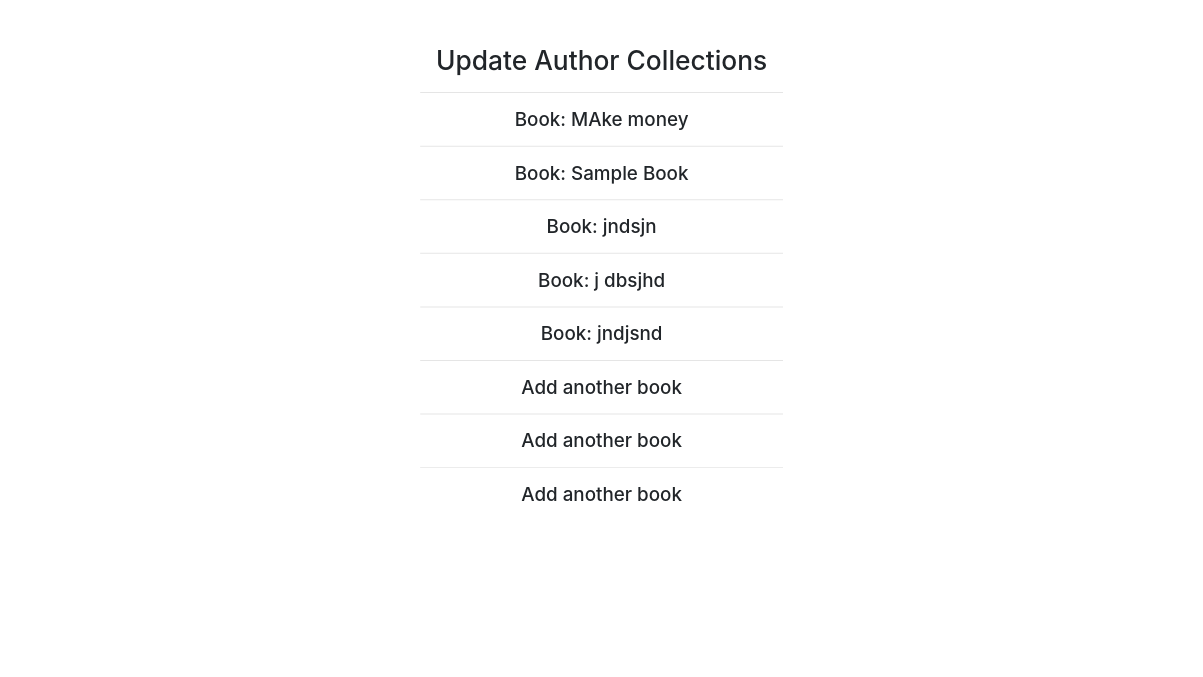
Repository: Temur-Sufiyanov/CBV
Page: http://localhost/author/1/books/edit/
These files come from the project's save history. The page is drawn as it stood at one moment and after a run of saves; the edit follows.
The browser window is 1280 px wide. The pictures show the whole page, at 94% of full size.
The page is served by the project's application, run on Django 5.2 (manage.py). Other server files are loaded and not shown. The page reads the database file committed with the project.

Above is the page before, as saved 2024-12-21 19:44:57.

### new_books/templates/new_books/author_books_edit.html
{% extends 'new_books/base.html' %}

{% block title %}
    Editing books for {{author_b.name}}
{% endblock title %}

{% block content %}
    <form action="" method="post" enctype="multipart/form-data">
        {% csrf_token %}
        <h3 class="text-center">Update Author Collections</h3>

        {% for book_form in form.forms %}
            <hr>
            <h5 class="text-center">
                {% if book_form.instance.id %}
                    Book: {{book_form.instance.name}}
                {% else %}
                    {% if form.forms|length > 1 %}
                        Add another book
                    {% else %}
                        Add a book
                    {% endif %}
                {% endif %}
                <table>
                    {{book_from.as_table}}
                </table>
            </h5>
        {% endfor %}
    </form>
{% endblock content %}

### new_books/templates/new_books/base.html
<!DOCTYPE html>
<html lang="en">
<head>
    <meta charset="UTF-8">
    <meta name="viewport" content="width=device-width, initial-scale=1.0">
    <link rel="stylesheet" href="https://stackpath.bootstrapcdn.com/bootstrap/4.5.2/css/bootstrap.min.css">
    <title>{% block title %} Home {% endblock title %}</title>
</head>
<body>
    <main>
        <div class="container-fluid">
            <div class="d-flex align-items-center py-5">
                <div class="col-12 col-md-6 col-lg-4 mx-auto">
                    {% block content %}

                    {% endblock content %}
                </div>
            </div>
        </div>
    </main>
</body>
</html>

### new_books/models.py
from django.db import models
from django.urls import reverse
# Create your models here.

class Author(models.Model):
    name = models.CharField(null=False, blank=False, max_length=255)#

    def get_absolute_url(self):
        return reverse('books:author_detail', kwargs={'pk': self.pk})

    def __str__(self):
        return self.name


class Book(models.Model):
    name = models.CharField(null=False, blank=False, max_length=255)
    author = models.ForeignKey('Author', null=False, blank=False, on_delete=models.CASCADE, related_name='book_author')


    def __str__(self):
        return self.name

### new_books/views.py
from django.shortcuts import render, HttpResponseRedirect
from django.urls import reverse
from django.views.generic import (TemplateView, ListView, CreateView, DetailView, FormView)
from .models import Author
from django.contrib import messages
from django.views.generic.detail import SingleObjectMixin
from .forms import AuthorBooksFormset


class HomeView(TemplateView):
    template_name = 'new_books/home.html'


class AuthorView(ListView):
    model = Author
    template_name = 'new_books/author_list.html'
    context_object_name = 'authors'


class AuthorDetailView(DetailView):
    model = Author
    template_name = 'new_books/author_detail.html'
    context_object_name = 'auth'


class AuthorCreateview(CreateView):
    model = Author
    template_name = 'new_books/author_create.html'
    fields = ['name',]


    def form_valid(self, form):

        messages.add_message(
            self.request,
            messages.SUCCESS,
            'The Author has been created'
        )

        return super().form_valid(form)

class AuthorBooksEdit(SingleObjectMixin, FormView):

    model = Author
    template_name = 'new_books/author_books_edit.html'
    context_object_name = 'author_b'

    def get(self, request, *args, **kwargs):
        self.object = self.get_object(queryset=Author.objects.all())
        return super().get(request, *args, **kwargs)

    def post(self, request, *args, **kwargs):
        self.object = self.get_+object(queryset=Author.objects.all())
        return super().get(request, *args, **kwargs)

    def get_form(self, form_class = None):

        return AuthorBooksFormset(**self.get_form_kwargs(), instance = self.object)

    def form_valid(self, form):
        form.save()

        messages.add_message(
            self.request,
            messages.SUCCESS,
            'Changes were saved!'
        )

        return HttpResponseRedirect(self.get_success_url())

    def get_success_url(self):
        return reverse('books:author_detail')

### core/urls.py
"""
URL configuration for core project.

The `urlpatterns` list routes URLs to views. For more information please see:
    https://docs.djangoproject.com/en/5.1/topics/http/urls/
Examples:
Function views
    1. Add an import:  from my_app import views
    2. Add a URL to urlpatterns:  path('', views.home, name='home')
Class-based views
    1. Add an import:  from other_app.views import Home
    2. Add a URL to urlpatterns:  path('', Home.as_view(), name='home')
Including another URLconf
    1. Import the include() function: from django.urls import include, path
    2. Add a URL to urlpatterns:  path('blog/', include('blog.urls'))
"""
from django.contrib import admin
from django.urls import path, include

urlpatterns = [
    path('admin/', admin.site.urls),
    # path('', include('cbv.urls')),
    path('',include('new_books.urls', namespace='books' )),
]

### new_books/urls.py
from django.urls import path
from .views import (HomeView, AuthorView, AuthorCreateview, AuthorDetailView, AuthorBooksEdit)

app_name = 'books'

urlpatterns = [
    path('', HomeView.as_view(), name='home'),
    path('author/', AuthorView.as_view(), name='authors'),
    path('author/add/', AuthorCreateview.as_view(), name='add-author'),
    path('author/<int:pk>/', AuthorDetailView.as_view(), name='author_detail'),
    path('author/<int:pk>/books/edit/', AuthorBooksEdit.as_view(), name='author_books_edit'),
]

### db.sqlite3 (the tables this page reads, as SQL)
CREATE TABLE "new_books_author" ("id" integer NOT NULL PRIMARY KEY AUTOINCREMENT, "name" varchar(255) NOT NULL);
INSERT INTO "new_books_author" VALUES
(1, 'Temur Sufiyanov'),
(2, 'Farrukh Abdurakmonov'),
(3, 'Feruz Juraev'),
(4, 'Headphones'),
(5, 'Feruz'),
(6, 'Feruz!'),
(7, 'Artur');

CREATE TABLE "new_books_book" ("id" integer NOT NULL PRIMARY KEY AUTOINCREMENT, "name" varchar(255) NOT NULL, "author_id" bigint NOT NULL REFERENCES "new_books_author" ("id") DEFERRABLE INITIALLY DEFERRED);
INSERT INTO "new_books_book" VALUES
(1, 'Success', 3),
(2, 'MAke money', 1),
(3, 'Sample Book', 1),
(4, 'jndsjn', 1),
(5, 'j dbsjhd', 1),
(6, 'jndjsnd', 1);

After the next 6 saves:
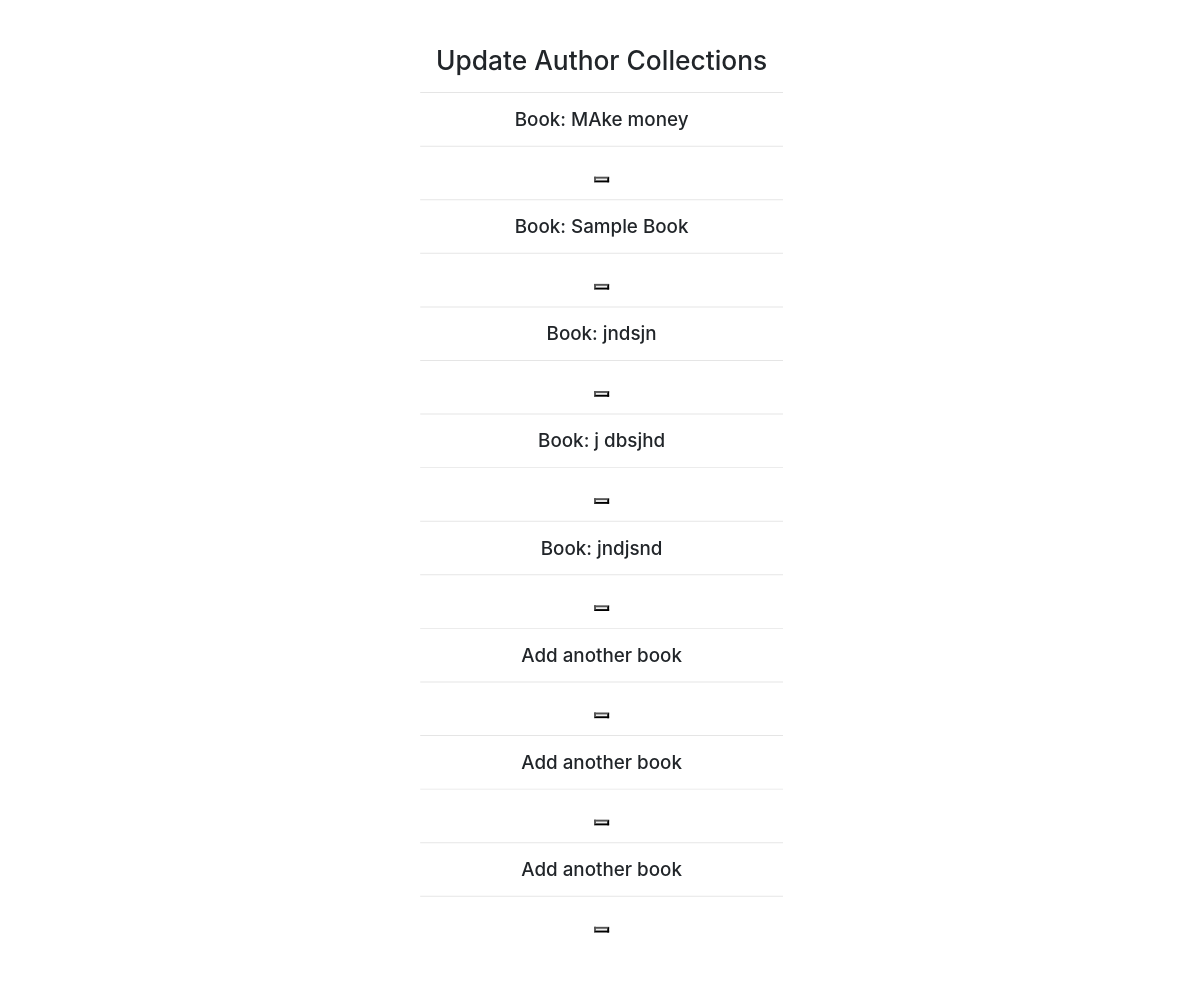
The 6 saves are shown as one change because they came seconds apart.
The last was saved 89 s later.
--- a/new_books/templates/new_books/author_books_edit.html
+++ b/new_books/templates/new_books/author_books_edit.html
@@ -24,6 +24,10 @@
                 <table>
                     {{book_from.as_table}}
                 </table>
+                <p>
+                    <hr>
+                    <button></button>
+                </p>
             </h5>
         {% endfor %}
     </form>
